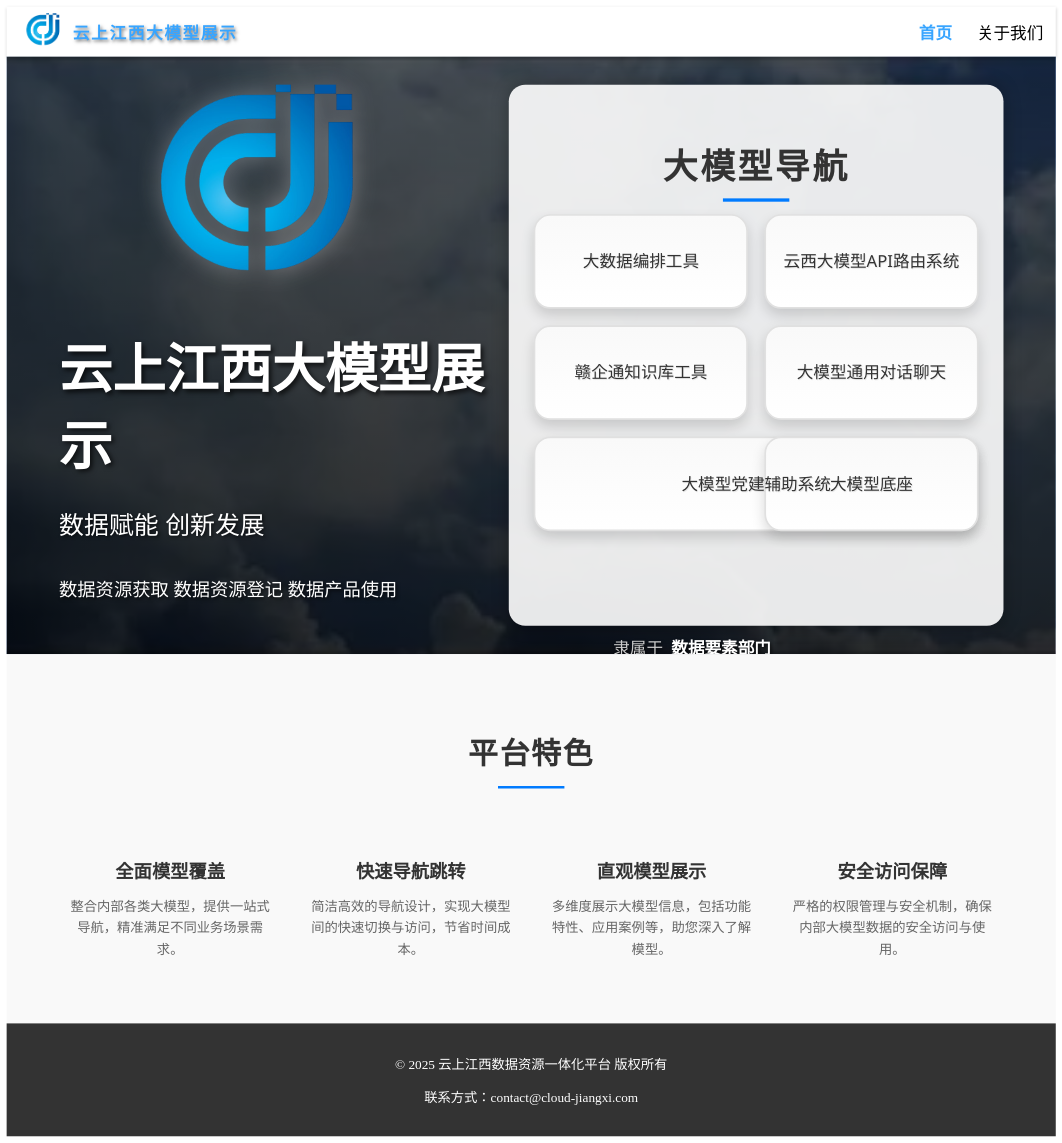
Repository: Felix-yifengyang/ysjx-model-nav
Page: /
An editor plug-in stored every save of this project. The page is shown before and after the next save, followed by the edit.
The browser window is 1280 px wide. The pictures show the whole page, at 83% of full size.
The project was rebuilt for these pictures with package versions that can differ from the ones it lists, and the page was loaded fresh each time. Also part of the build but not shown: vite.config.ts, src/About.vue.

Above is the page before, as saved 2025-02-21 09:27:54.

### src/main.ts
import { createApp } from 'vue';
import App from './App.vue';
import router from '../router/index.ts';

const app = createApp(App);
app.use(router);
app.mount('#app');

### src/App.vue
<template>
    <Header />
    <router-view></router-view>
  </template>

  <script setup>
  import Header from './components/Header.vue';
  </script>

  <style scoped>
  </style>

### router/index.ts
import { createRouter, createWebHistory } from 'vue-router';
import Home from '../src/Home.vue';
import About from '../src/About.vue';

const routes = [
  {
    path: '/',
    name: 'Home',
    component: Home
  },
  {
    path: '/about',
    name: 'About',
    component: About
  }
];

const router = createRouter({
  history: createWebHistory(),
  routes
});

export default router;

### src/components/Header.vue
<template>
  <header :class="{ 'scrolled': isScrolled }">
    <div class="logo-wrapper">
      <div class="logo">
        <img src="../assets/ysjx-logo-noword.png" alt="云上江西 logo">
      </div>
      <span class="platform-name">云上江西大模型展示</span>
    </div>
    <nav>
      <ul>
        <li>
          <router-link
            to="/"
            :active-class="isActive('/') ? 'active' : ''"
          >
            首页
          </router-link>
        </li>
        <li>
          <router-link
            to="/about"
            :active-class="isActive('/about') ? 'active' : ''"
          >
            关于我们
          </router-link>
        </li>
      </ul>
    </nav>
  </header>
</template>

<script setup>
import { ref, onMounted, onUnmounted, computed } from 'vue';
import { useRoute } from 'vue-router';

const isScrolled = ref(false);
const route = useRoute();

const isActive = (path) => {
  return route.path === path;
};

const handleScroll = () => {
  isScrolled.value = window.scrollY > 0;
};

onMounted(() => {
  window.addEventListener('scroll', handleScroll);
});

onUnmounted(() => {
  window.removeEventListener('scroll', handleScroll);
});
</script>

<style scoped>
header {
  background-color: #ffffff;
  color: rgb(0, 0, 0);
  padding: 15px;
  height: 30px;
  display: flex;
  justify-content: space-between;
  align-items: center;
  position: sticky; /* 使导航栏固定在页面顶部 */
  top: 0; /* 固定在页面顶部 */
  z-index: 100; /* 确保导航栏显示在其他元素之上 */
  transition: all 0.3s ease;
  box-shadow: 0 2px 4px rgba(0, 0, 0, 0.2);
}

.logo-wrapper {
  display: flex;
  align-items: center;
}

.logo img {
  width: auto;
  height: 40px;
  margin-right: 5px;
}

.platform-name {
  font-family: 'Segoe UI', Tahoma, Geneva, Verdana, sans-serif;
  font-size: 20px;
  font-weight: bold;
  color: #38a5ff;
  text-shadow: 2px 2px 4px rgba(0, 0, 0, 0.5);
  transition: all 0.3s ease;
  letter-spacing: 2px;
}

nav ul {
  list-style-type: none;
  margin: 0;
  padding: 0;
  display: flex;
}

nav ul li {
  margin-left: 30px;
}

nav ul li a {
  color: rgb(0, 0, 0);
  text-decoration: none;
  font-size: 20px;
}

nav ul li a:hover {
  text-decoration: underline;
}

header.scrolled {
  background-color: rgba(228, 228, 228, 0.9); /* 半透明背景 */
  padding: 15px; /* 减少内边距 */
}
header.scrolled .platform-name {
  font-size: 18px; /* 减小字体大小 */
}

/* 高亮显示的样式 */
.active {
  color: #38a5ff;
  font-weight: bold;
}
</style>

### src/Home.vue
<template>
  <div id="home">
    <HeroSection />
    <FeatureSelection />
    <Footer />
  </div>
</template>

<script setup>
import HeroSection from './components/HeroSection.vue'
import FeatureSelection from './components/FeatureSelection.vue'
import Footer from './components/Footer.vue'
</script>

<style scoped>
body {
  margin: 0;
  padding: 0;
  font-family: Arial, sans-serif;
}
</style>

### src/components/HeroSection.vue
<template>
    <section class="hero">
        <!-- 为背景添加半透明遮罩层 -->
        <div class="hero-overlay"></div>
        <div class="hero-content">
            <div class="hero-logo-content-wrapper">
                <div class="hero-logo">
                    <img src="../assets/ysjx-logo-noword.png" alt="云上江西 logo">
                </div>
                <div class="hero-text-content">
                    <h2 class="hero-title">云上江西大模型展示</h2>
                    <p class="hero-slogan">数据赋能 创新发展</p>
                    <p class="hero-features">数据资源获取 数据资源登记 数据产品使用</p>
                </div>
            </div>
            <div class="department-info">
                <span class="department-label">隶属于</span>
                <span class="department-name">数据要素部门</span>
            </div>
            <!-- 合并进来的 ShowcaseSection 内容 -->
            <div class="showcase-section">
                <h2>大模型导航</h2>
                <div class="showcase-container">
                    <!-- 第一个矩形 -->
                    <a href="http://106.227.19.2:28088/apps" class="showcase-item item-1">
                        <p class="description">大数据编排工具</p>
                    </a>
                    <!-- 第二个矩形 -->
                    <a href="http://106.227.19.14:16105/" class="showcase-item item-2">
                        <p class="description">云西大模型API路由系统</p>
                    </a>
                    <!-- 第三个矩形 -->
                    <a href="http://10.9.55.36:12300/" class="showcase-item item-3">
                        <p class="description">赣企通知识库工具</p>
                    </a>
                    <!-- 第四个矩形 -->
                    <a href="http://106.227.19.14:16104/" class="showcase-item item-4">
                        <p class="description">大模型通用对话聊天</p>
                    </a>
                    <!-- 第五个矩形 -->
                    <a href="http://106.227.19.2:26011/" class="showcase-item item-5">
                        <p class="description">大模型党建辅助系统</p>
                    </a>
                    <!-- 第六个矩形 -->
                    <a href="http://www.baidu.com/" class="showcase-item item-6">
                        <p class="description">大模型底座</p>
                    </a>
                </div>
            </div>
        </div>
    </section>
</template>

<script setup>
</script>

<style scoped>
/* 整体背景和基础样式 */
.hero {
    background-image: url('../assets/sample.webp');
    background-size: cover;
    background-position: center;
    height: 100vh; /* 使用视口高度，适应不同屏幕 */
    display: flex;
    align-items: center;
    justify-content: center;
    position: relative;
    overflow: hidden;
}

/* 半透明遮罩层 */
.hero-overlay {
    position: absolute;
    top: 0;
    left: 0;
    width: 100%;
    height: 100%;
    background: linear-gradient(to bottom, rgba(0, 0, 0, 0.6), rgba(0, 0, 0, 0.8)); /* 渐变遮罩 */
}

/* 主要内容区域 */
.hero-content {
    text-align: center;
    color: white;
    z-index: 1;
    padding: 0 20px;
    display: flex;
    flex-direction: row;
    justify-content: space-between;
    width: 90%; /* 调整宽度 */
    max-width: 1400px; /* 增加最大宽度 */
    margin: 0 auto;
    position: relative;
}

/*  logo 和文本内容包装器 */
.hero-logo-content-wrapper {
    display: flex;
    align-items: center;
    flex-direction: column;
    text-align: left;
}

/*  logo 样式 */
.hero-logo {
    width: 350px; /* 调整 logo 宽度 */
    height: auto;
    margin-right: 50px;
    animation: fadeIn 1s ease, scaleIn 1s ease; /* 增加缩放动画 */
}

.hero-logo img {
    width: 100%;
    height: auto;
    filter: drop-shadow(0 0 15px rgba(255, 255, 255, 0.3)); /* 调整投影效果 */
}

/* 文本内容样式 */
.hero-text-content {
    text-align: left;
}

.hero-title {
    font-family: 'Montserrat', sans-serif;
    font-size: 64px; /* 增大标题字体 */
    margin-bottom: 30px;
    text-shadow: 3px 3px 6px rgba(0, 0, 0, 0.7); /* 增强文字阴影 */
    animation: fadeInDown 1s ease, slideInLeft 1s ease; /* 增加滑入动画 */
}

.hero-slogan {
    font-family: 'Open Sans', sans-serif;
    font-size: 30px; /* 增大标语字体 */
    margin-bottom: 40px;
    text-shadow: 2px 2px 4px rgba(0, 0, 0, 0.7);
    animation: fadeInUp 1s ease 0.3s, slideInLeft 1s ease 0.3s; /* 增加滑入动画 */
    opacity: 0;
    animation-fill-mode: forwards;
}

.hero-features {
    font-family: 'Open Sans', sans-serif;
    font-size: 22px; /* 增大功能描述字体 */
    margin-bottom: 30px;
    text-shadow: 2px 2px 4px rgba(0, 0, 0, 0.7);
    animation: fadeInUp 1s ease 0.6s, slideInLeft 1s ease 0.6s; /* 增加滑入动画 */
    opacity: 0;
    animation-fill-mode: forwards;
}

/* 部门信息样式 */
.department-info {
    display: flex;
    align-items: center;
    font-family: 'Open Sans', sans-serif;
    font-size: 20px; /* 增大部门信息字体 */
    text-shadow: 2px 2px 4px rgba(0, 0, 0, 0.7);
    animation: fadeInUp 1s ease 0.9s, slideInRight 1s ease 0.9s; /* 增加滑入动画 */
    opacity: 0;
    animation-fill-mode: forwards;
    position: absolute;
    right: 300px; /* 调整位置 */
    bottom: -40px;
}

.department-label {
    margin-right: 10px;
    color: #ccc;
}

.department-name {
    color: #fff;
    font-weight: bold;
}

/* 展示区域样式 */
.showcase-section {
    width: 50%;
    padding: 30px; /* 增加内边距 */
    background-color: rgba(255, 255, 255, 0.9); /* 增加背景透明度 */
    border-radius: 20px; /* 增大圆角 */
    box-shadow: 0 0 20px rgba(0, 0, 0, 0.3); /* 增强阴影 */
}

.showcase-section h2 {
    font-family: 'Poppins', sans-serif;
    font-size: 42px; /* 增大标题字体 */
    color: #333;
    margin-bottom: 30px;
    text-transform: uppercase;
    letter-spacing: 3px;
    position: relative;
}

.showcase-section h2::after {
    content: '';
    position: absolute;
    bottom: -15px;
    left: 50%;
    transform: translateX(-50%);
    width: 80px; /* 增加下划线宽度 */
    height: 4px; /* 增加下划线高度 */
    background-color: #007BFF;
}

.showcase-container {
    display: grid;
    grid-template-columns: repeat(2, 1fr);
    grid-template-rows: repeat(3, 1fr);
    gap: 20px; /* 增大间距 */
    justify-content: center;
}

.showcase-item {
    background-color: #ffffff;
    border-radius: 20px; /* 增大圆角 */
    box-shadow: 0 8px 16px rgba(0, 0, 0, 0.15); /* 增强阴影 */
    overflow: hidden;
    transition: all 0.3s ease;
    text-decoration: none;
    color: inherit;
    position: relative;
    display: flex;
    justify-content: center;
    align-items: center;
    background-image: linear-gradient(to bottom, #f9f9f9, #ffffff);
    border: 2px solid #e0e0e0; /* 增加边框宽度 */
}

.showcase-item:hover {
    transform: translateY(-10px);
    box-shadow: 0 12px 24px rgba(0, 0, 0, 0.2);
    background-image: linear-gradient(to bottom, #ffffff, #f9f9f9);
    border-color: #a0a0a0;
}

.showcase-item::before {
    content: '';
    position: absolute;
    top: 0;
    left: 0;
    width: 100%;
    height: 100%;
    background-color: rgba(0, 0, 0, 0.08);
    opacity: 0;
    transition: opacity 0.3s ease;
}

.showcase-item:hover::before {
    opacity: 1;
}

.description {
    padding: 20px; /* 增加内边距 */
    font-size: 20px; /* 增大字体 */
    color: #333333;
    font-family: 'Segoe UI', Tahoma, Geneva, Verdana, sans-serif;
    position: relative;
    z-index: 1;
    text-shadow: 1px 1px 1px rgba(0, 0, 0, 0.1);
    text-align: center;
    line-height: 1.5;
}

.item-1 {
    grid-column: 1 / 2;
    grid-row: 1 / 2;
}

.item-2 {
    grid-column: 2 / 3;
    grid-row: 1 / 2;
}

.item-3 {
    grid-column: 1 / 2;
    grid-row: 2 / 3;
}

.item-4 {
    grid-column: 2 / 3;
    grid-row: 2 / 3;
}

.item-5 {
    grid-column: 1 / 3;
    grid-row: 3 / 4;
}

.item-6 {
    grid-column: 2 / 3;
    grid-row: 3 / 4;
}

/* 动画定义 */
@keyframes fadeIn {
    from {
        opacity: 0;
    }
    to {
        opacity: 1;
    }
}

@keyframes scaleIn {
    from {
        transform: scale(0.8);
    }
    to {
        transform: scale(1);
    }
}

@keyframes fadeInDown {
    from {
        opacity: 0;
        transform: translateY(-80px);
    }
    to {
        opacity: 1;
        transform: translateY(0);
    }
}

@keyframes fadeInUp {
    from {
        opacity: 0;
        transform: translateY(80px);
    }
    to {
        opacity: 1;
        transform: translateY(0);
    }
}

@keyframes slideInLeft {
    from {
        transform: translateX(-100px);
    }
    to {
        transform: translateX(0);
    }
}

@keyframes slideInRight {
    from {
        transform: translateX(100px);
    }
    to {
        transform: translateX(0);
    }
}
</style>

### src/components/FeatureSelection.vue
<template>
    <section class="features">
        <h2>平台特色</h2>
        <div class="feature-container">
            <div class="feature" v-for="(item, index) in featureList" :key="index">
                <div class="icon-wrapper">
                    <i :class="item.icon"></i>
                </div>
                <div class="text-content">
                    <h3>{{ item.title }}</h3>
                    <p>{{ item.description }}</p>
                </div>
            </div>
        </div>
    </section>
</template>

<script setup>
import { ref } from 'vue';

const featureList = ref([
    {
        icon: 'fas fa-sitemap',
        title: '全面模型覆盖',
        description: '整合内部各类大模型，提供一站式导航，精准满足不同业务场景需求。'
    },
    {
        icon: 'fas fa-bolt',
        title: '快速导航跳转',
        description: '简洁高效的导航设计，实现大模型间的快速切换与访问，节省时间成本。'
    },
    {
        icon: 'fas fa-eye',
        title: '直观模型展示',
        description: '多维度展示大模型信息，包括功能特性、应用案例等，助您深入了解模型。'
    },
    {
        icon: 'fas fa-lock',
        title: '安全访问保障',
        description: '严格的权限管理与安全机制，确保内部大模型数据的安全访问与使用。'
    }
]);
</script>

<style scoped>
.features {
    padding: 60px 20px;
    background-color: #f9f9f9;
    text-align: center;
}

.features h2 {
    font-family: 'Poppins', sans-serif;
    font-size: 36px;
    color: #333;
    margin-bottom: 60px;
    text-transform: uppercase;
    letter-spacing: 2px;
    position: relative;
}

.features h2::after {
    content: '';
    position: absolute;
    bottom: -20px;
    left: 50%;
    transform: translateX(-50%);
    width: 80px;
    height: 3px;
    background-color: #007BFF;
}

.feature-container {
    display: flex;
    flex-wrap: wrap;
    justify-content: center;
    gap: 40px;
    max-width: 1200px;
    margin: 0 auto;
}

.feature {
    display: flex;
    flex-direction: column;
    align-items: center;
    width: 250px;
    position: relative;
    transition: all 0.3s ease;
}

.feature::after {
    content: '';
    position: absolute;
    bottom: -10px;
    left: 0;
    width: 0;
    height: 2px;
    background-color: #007BFF;
    transition: width 0.3s ease;
}

.feature:hover::after {
    width: 100%;
}

.icon-wrapper {
    font-size: 48px;
    color: #007BFF;
    margin-bottom: 20px;
}

.text-content {
    text-align: center;
}

.text-content h3 {
    font-family: 'Poppins', sans-serif;
    font-size: 22px;
    color: #333;
    margin-bottom: 10px;
}

.text-content p {
    font-family: 'Open Sans', sans-serif;
    font-size: 16px;
    color: #666;
    line-height: 1.6;
}
</style>

### src/components/Footer.vue
<template>
    <footer>
      <p>&copy; 2025 云上江西数据资源一体化平台 版权所有</p>
      <p>联系方式：contact@cloud-jiangxi.com</p>
    </footer>
  </template>

  <script setup>
  </script>

  <style scoped>
  footer {
    background-color: #333;
    color: white;
    text-align: center;
    padding: 20px;
  }
  </style>

Loaded but not shown: index.html (common file)

After the next save:
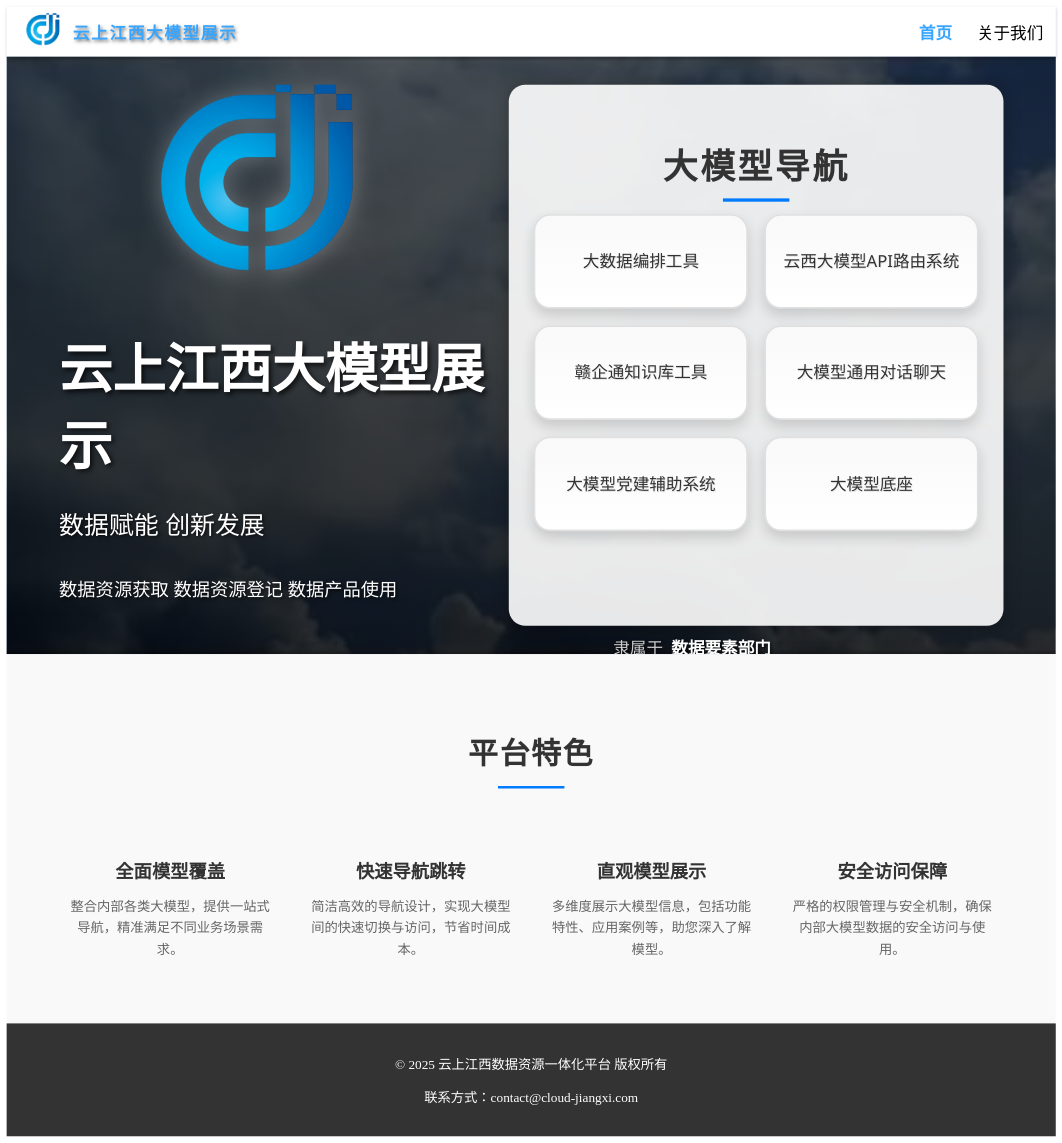
Saved 6 s later.
--- a/src/components/HeroSection.vue
+++ b/src/components/HeroSection.vue
@@ -283,7 +283,7 @@
 }
 
 .item-5 {
-    grid-column: 1 / 3;
+    grid-column: 1 / 2;
     grid-row: 3 / 4;
 }
 
